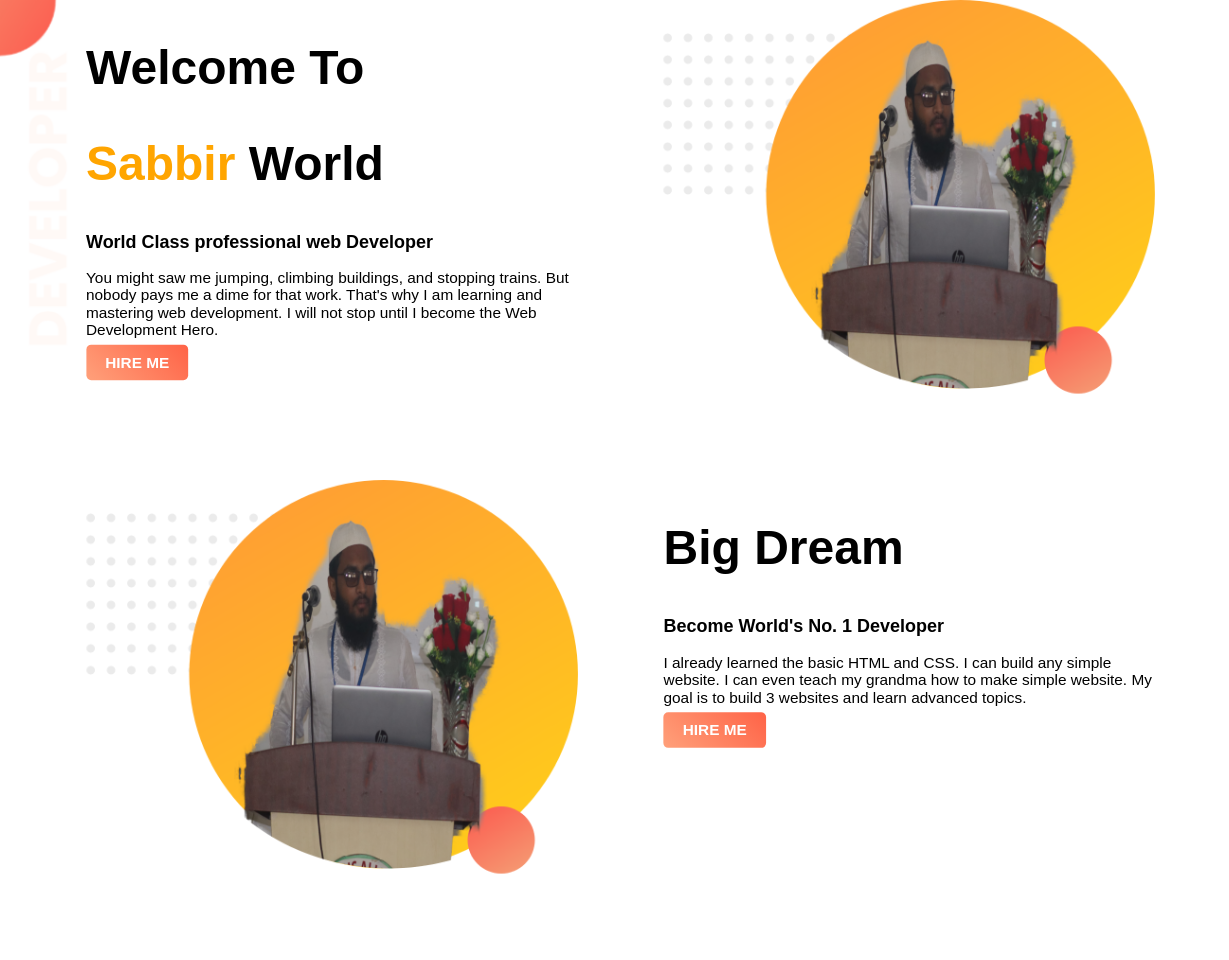
Repository: sabbircse3/web-protfolio
Page: index.html
The author's editor kept a copy of each file at every save. The page is drawn from the files as they stood at one save, then again after a run of saves.
The browser window is 1280 px wide. The pictures show the whole page, at 96% of full size.

Above is the page before, as saved 2021-01-04 10:13:40.

### index.html
<!DOCTYPE html>
<html lang="en">
<head>
    <meta charset="UTF-8">
    <meta name="viewport" content="width=device-width, initial-scale=1.0">
    <title>Sabbir web-portfolio</title>
    <link rel="preconnect" href="https://fonts.gstatic.com">
    <link href="https://fonts.googleapis.com/css2?family=Montserrat&display=swap" rel="stylesheet">
    <link rel="stylesheet" href="style.css">
</head>
<body>
    <section class="top-banner">
        <div class="half-width">
            <h1>Welcome To</h1>
            <h1> <span class="name-highlight">Sabbir</span> World</h1>
            <h3>World Class professional web Developer</h3>
            <p>You might saw me jumping, climbing buildings, and stopping trains. But nobody pays me a dime for that work. That's why I am learning and mastering web development. I will not stop until I become the Web Development Hero.</p>
            <a class="link-button" target="_blank" href="https://www.linkedin.com/company/programminghero/">HIRE ME</a>
        </div>
        <div class="half-width">
            <img src="images/sabbir1.png" alt="">
        </div>
    </section>

    <section>
        <div class="half-width">
            <img src="images/sabbir1.png" alt="">
        </div>
        <div class="half-width">
            <h1> Big Dream</h1>
            <h3>Become World's No. 1 Developer</h3>
            <p>I already learned the basic HTML and CSS. I can build any simple website. I can even teach my grandma how to make simple website. My goal is to build 3 websites and learn advanced topics.</p>
            <a class="link-button" target="_blank" href="https://www.linkedin.com/company/programminghero/">HIRE ME</a>
        </div>

    </section>

</body>
</html>

### style.css
body{
    font-family: sans-serif;
    margin: 0px;
}
h1{
    font-size: 50px;
}
.name-highlight{
    color: orange;
}
.half-width{
    width: 40%;
    float: left;
    margin-left: 5%;
    padding-left: 2%;
}
.half-width img{
    width: 100%;
}
.top-banner{
    background-image: url("images/top-banner.png");
    background-repeat: no-repeat;
}
section{
    height: 500px;
}
.link-button{
    text-decoration: none;
    background-image: linear-gradient(45deg, lightSalmon, tomato);
    padding: 10px 20px;
    border-radius: 5px;
    color: white;
    font-weight: 700;
}

After the next 12 saves:
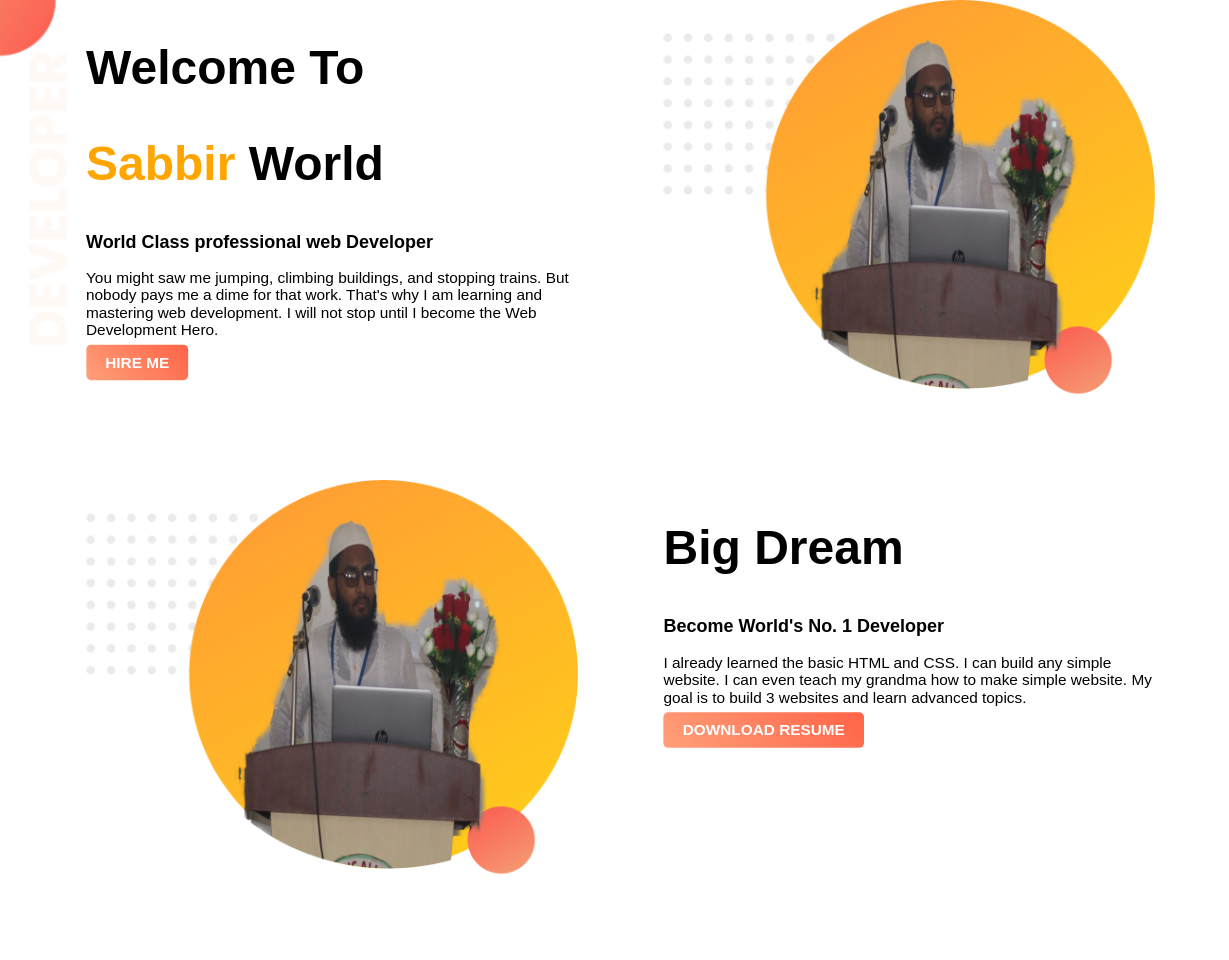
The 12 saves are shown as one change because they came seconds apart.
The last was saved 20 s later.
--- a/index.html
+++ b/index.html
@@ -30,7 +30,7 @@
             <h1> Big Dream</h1>
             <h3>Become World's No. 1 Developer</h3>
             <p>I already learned the basic HTML and CSS. I can build any simple website. I can even teach my grandma how to make simple website. My goal is to build 3 websites and learn advanced topics.</p>
-            <a class="link-button" target="_blank" href="https://www.linkedin.com/company/programminghero/">HIRE ME</a>
+            <a class="link-button" target="_blank" href="https://www.linkedin.com/company/programminghero/">DOWNLOAD RESUME</a>
         </div>
 
     </section>
